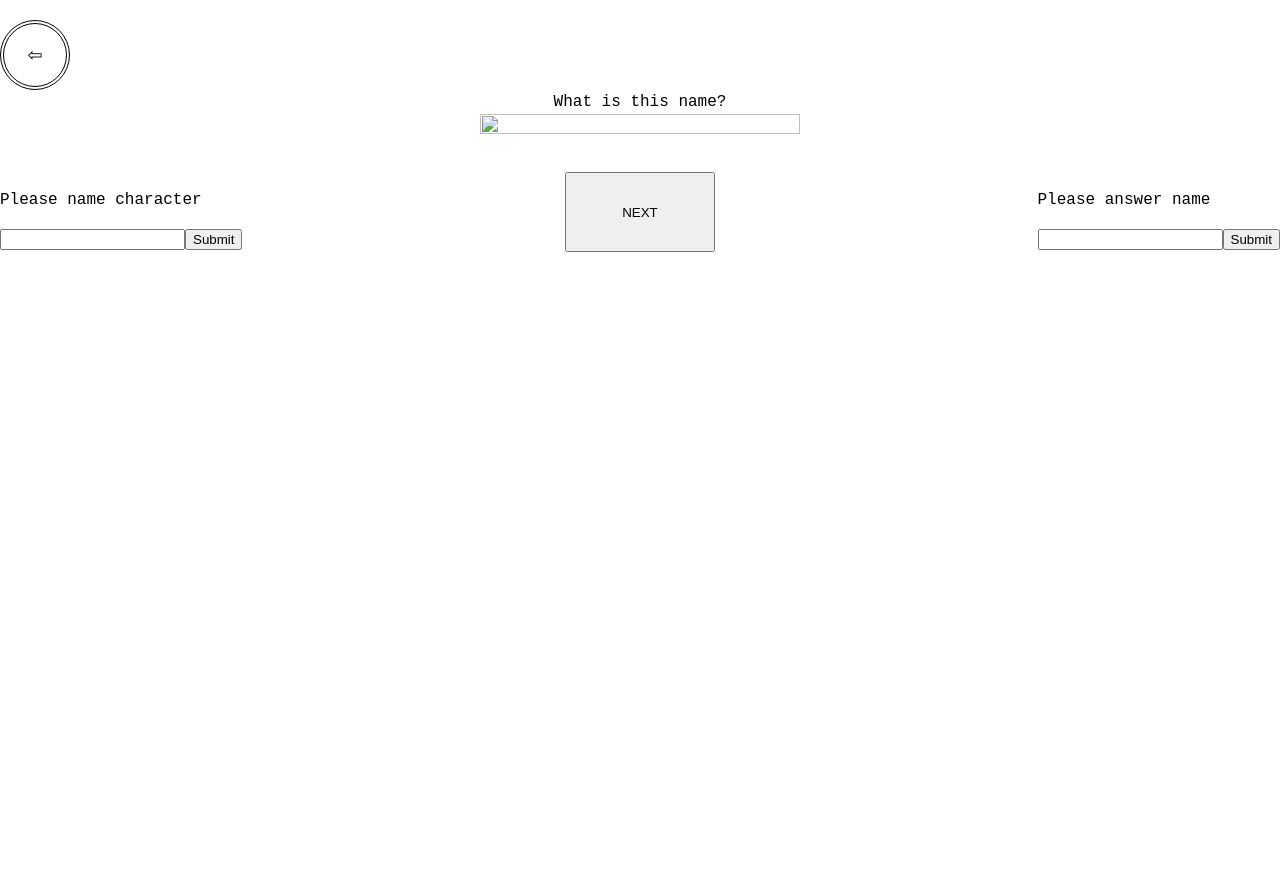
Repository: Mush-s/Folio-OX
Page: /nanmon
The author's editor kept a copy of each file at every save. The page is drawn from the files as they stood at one save, then again after the next save.
The browser window is 1280 px wide. The pictures show the whole page.
The page's requests for data from a server got no answer. The project was rebuilt for these pictures with package versions that can differ from the ones it lists, and the page was loaded fresh each time. No one was signed in, and anything a server would have sent is missing. Also part of the build but not shown: src/TicTacToe/AfterGame/AfterGame.css, src/TicTacToe/AfterGame/AfterGame.js, src/TicTacToe/Game/Cell.css, src/TicTacToe/Game/Cell.js, src/TicTacToe/Patterns/Pattern.js, src/TicTacToe/Game/GameButtons/GameButtons.css, src/TicTacToe/Game/GameButtons/GameButtons.js, src/TicTacToe/Game/Game.js and 2 more.

Above is the page before, as saved 2022-09-08 18:37:40.

After the next save:
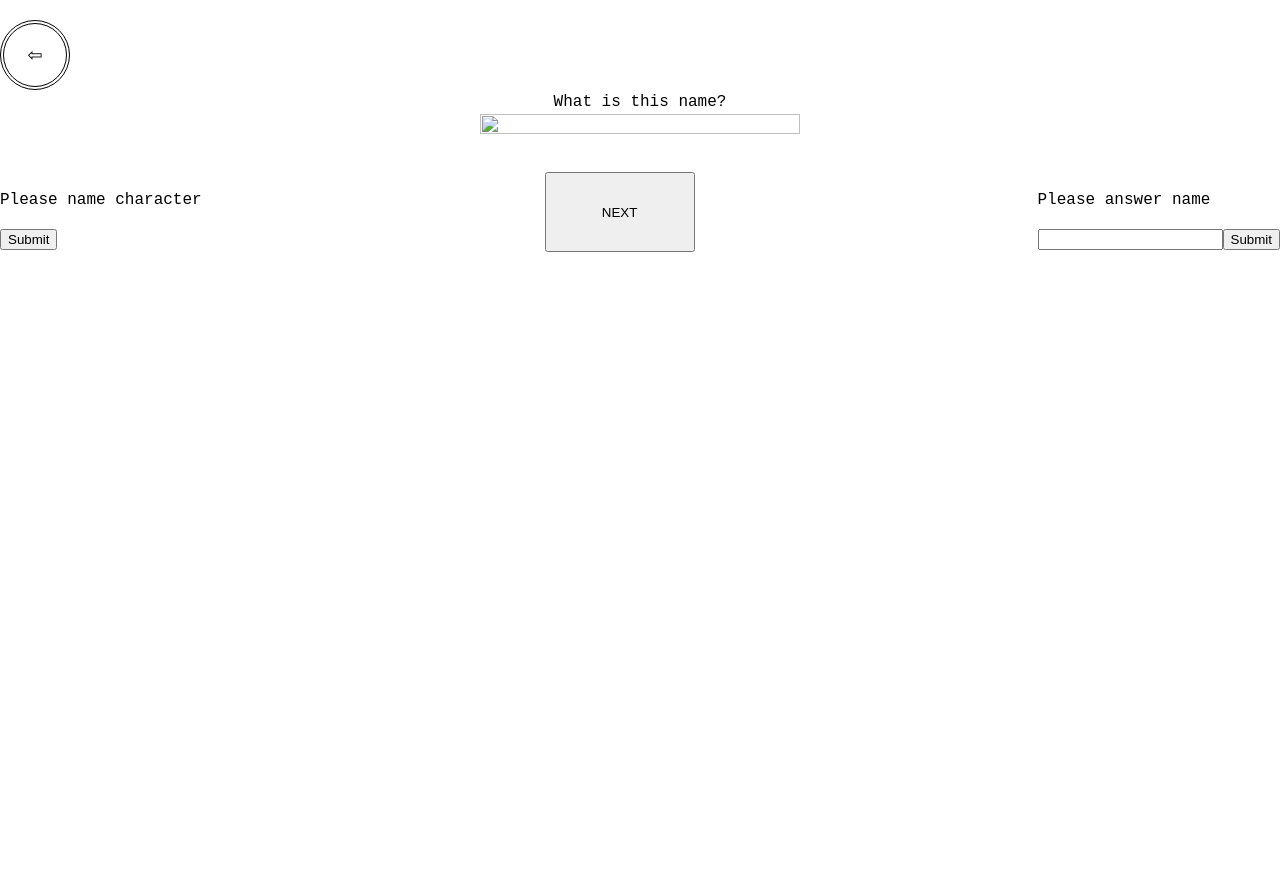
Saved 2 min 32 s later.
--- a/src/NanMon/Game/Character/Character.js
+++ b/src/NanMon/Game/Character/Character.js
@@ -46,7 +46,7 @@
       <div className="inputs">
         <form className="make-character" onSubmit={namedHandler}>
           <p>Please name character</p>
-          <input value={props.charName} onChange={changeHandler} />
+          <label value={props.charName} onChange={changeHandler} />
           <input type="submit" />
         </form>
         <button onClick={reloadHandler}>NEXT</button>

After the save that followed:
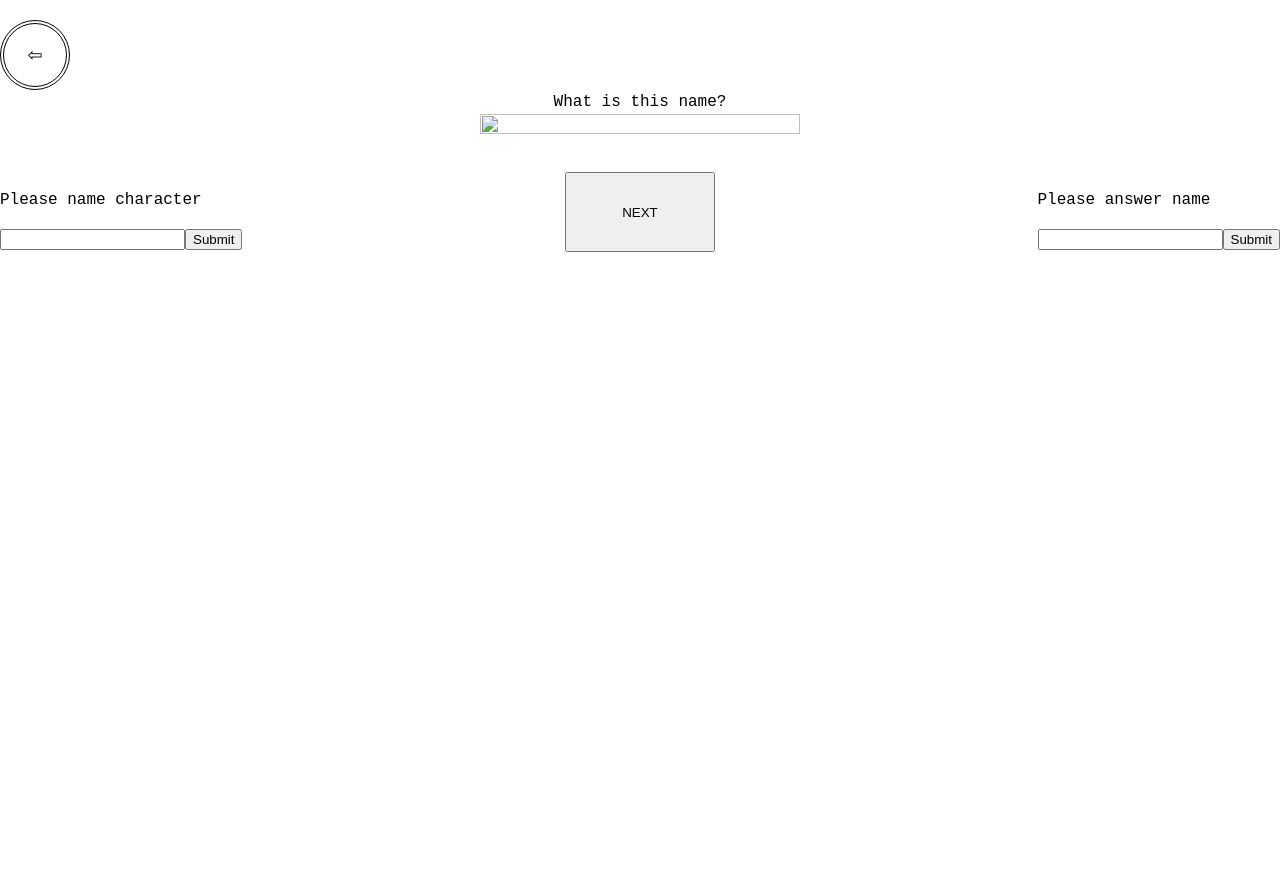
Saved 34 s later.
--- a/src/NanMon/Game/Character/Character.js
+++ b/src/NanMon/Game/Character/Character.js
@@ -46,7 +46,7 @@
       <div className="inputs">
         <form className="make-character" onSubmit={namedHandler}>
           <p>Please name character</p>
-          <label value={props.charName} onChange={changeHandler} />
+          <input value={props.charName} onChange={changeHandler} />
           <input type="submit" />
         </form>
         <button onClick={reloadHandler}>NEXT</button>
